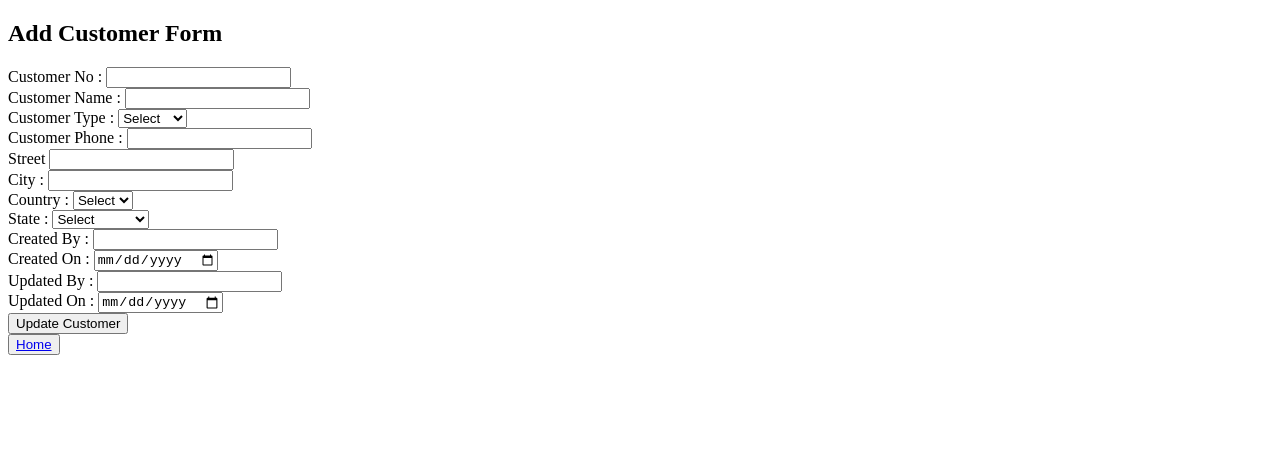
Repository: ParamMalik/Project-1
Page: http://localhost/projectcustomer/updatecustomer.jsp
An editor plug-in stored every save of this project. The page is shown before and after the next save, followed by the edit.
The browser window is 1280 px wide. The pictures show the whole page.
The page is served by Tomcat 9.

Above is the page before, as saved 2021-12-04 13:03:46.

After the next save:
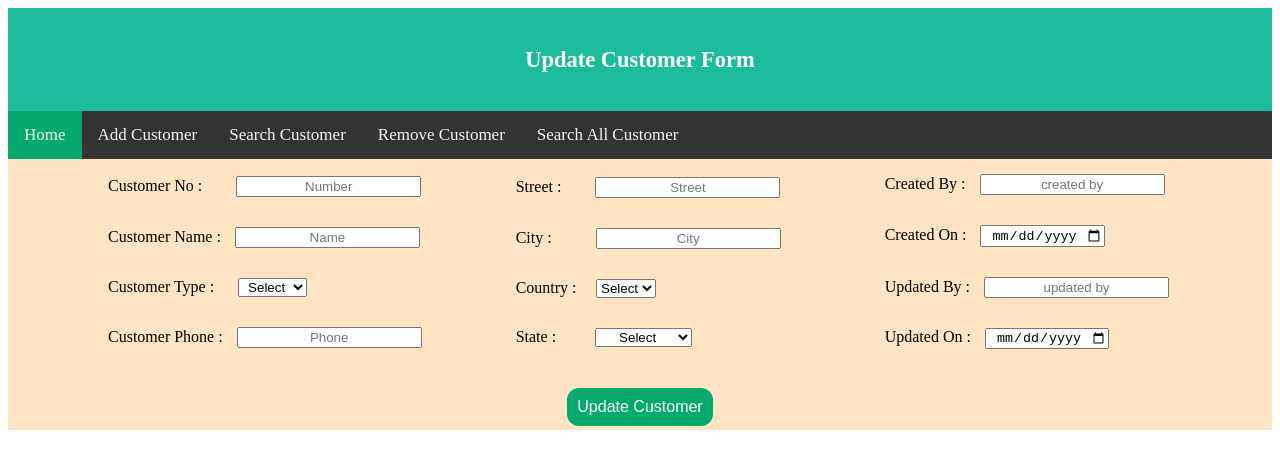
Saved 26 s later.
--- a/Trantor Project 1/projectcustomer/src/main/webapp/updatecustomer.jsp
+++ b/Trantor Project 1/projectcustomer/src/main/webapp/updatecustomer.jsp
@@ -4,74 +4,104 @@
 <html>
 <head>
 <meta charset="ISO-8859-1">
-<title>Update Details</title>
+<link rel="stylesheet" href="index.css">
+<title>Update Customer</title>
 </head>
 <body>
-	<form action="update" method="post">
-		<h2>Add Customer Form</h2>
-		<div>
-			<label>Customer No : </label><input type="text" name="customerNo">
-		</div>
-		<div>
-			<label>Customer Name : </label><input type="text" name="customerName">
-		</div>
-		<div>
-			<label>Customer Type : </label> <select name="customerType"
-				id="customer">
-				<option value="none">Select</option>
-				<option value="newcustomer">New</option>
-				<option value="regularcustomer">Regular</option>
 
-			</select>
-		</div>
-		<div>
-			<label>Customer Phone : </label><input type="text"
-				name="customerPhone">
-		</div>
-		<div>
-			<label>Street </label><input type="text" name="street">
-		</div>
-		<div>
-			<label>City : </label><input type="text" name="city">
-		</div>
+    <div class="header">
+        <h2>Update Customer Form</h2>
 
-		<div>
-			<label>Country : </label><select name="country" id="country">
-				<option value="none">Select</option>
-				<option value="india">India</option>
-				<option value="usa">USA</option>
+    </div>
+    <div class="topnav">
+        <a class="active" href="welcome">Home</a>
+        <a href="update">Add Customer</a>
+        <a href="search">Search Customer</a>
 
-			</select>
-		</div>
-		<div>
-			<label>State : </label><select name="state" id="state">
-				<option value="none">Select</option>
-				<option value="uttarpradesh">UP</option>
-				<option value="maharashtra">Maharashtra</option>
+        <a href="remove">Remove Customer</a>
 
-			</select>
-		</div>
-		<div>
-			<label>Created By : </label><input type="text" name="createdBy">
-		</div>
-		<div>
-			<label>Created On : </label><input type="date" name="createdOn">
-		</div>
-		<div>
-			<label>Updated By : </label><input type="text" name="updatedBy">
-		</div>
-		<div>
-			<label>Updated On : </label><input type="date" name="updatedOn">
-		</div>
+		<a href="update">Search All Customer</a>
 
-		<div>
-			<button type="submit">Update Customer</button>
-		</div>
-		<div>
-			<button type="submit"><a href="welcome">Home</a></button>
-		</div>
+      </div>
+	<div class="bodydiv">
+		<form action="update" method="post">
 
-	</form>
+
+            <div class="leftbox">
+			<div>
+				<label id="labelmargin" style="margin-right: 30px;">Customer No   : </label><input id="inputdefault" type="text" name="customerNo" placeholder="Number">
+			</div>
+			<div>
+				<label id="labelmargin">Customer Name : </label><input id="inputdefault" type="text"
+					name="customerName" placeholder="Name">
+			</div>
+			<div>
+				<label  id="labelmargin" style="margin-right: 20px;">Customer Type : </label> <select name="customerType"
+                id="inputdefault" placeholder="Type">
+					<option value="none">Select</option>
+					<option value="newcustomer">New</option>
+					<option value="regularcustomer">Regular</option>
+
+				</select>
+			</div>
+			<div >
+				<label id="labelmargin">Customer Phone : </label><input id="inputdefault" type="text"
+					name="customerPhone" placeholder="Phone">
+			</div>
+        </div>
+        <div class="centerbox">
+			<div >
+				<label id="centermargin" >Street : </label><input id="inputdefault" type="text" name="street" placeholder="Street">
+			</div>
+			<div>
+				<label id="centermargin" style="margin-right: 40px;">City : </label><input id="inputdefault" type="text" name="city" placeholder="City">
+			</div>
+
+
+			<div>
+				<label id="centermargin" style="margin-right: 15px;">Country : </label><select id="inputdefault" name="country" id="country">
+					<option value="none">Select</option>
+					<option value="india">India</option>
+					<option value="usa">USA</option>
+
+				</select>
+			</div>
+			<div>
+				<label id="centermargin" style="margin-right: 35px;">State : </label><select id="inputdefault" name="state" id="state">
+					<option value="none">Select</option>
+					<option value="uttarpradesh">UP</option>
+					<option value="maharashtra">Maharashtra</option>
+
+				</select>
+			</div>
+        </div>
+        <div class="rightbox">
+			<div>
+				<label id="labelmargin">Created By : </label><input id="inputdefault" type="text" name="createdBy" placeholder="created by">
+			</div>
+			<div>
+				<label id="labelmargin">Created On : </label><input  id="inputdefault" type="date" name="createdOn"  >
+			</div>
+			<div>
+				<label id="labelmargin">Updated By : </label><input id="inputdefault" type="text" name="updatedBy" placeholder="updated by">
+			</div>
+			<div>
+				<label id="labelmargin">Updated On : </label><input  id="inputdefault" type="date" name="updatedOn">
+			</div>
+
+
+        </div>
+        <div id="button">
+            <button class="button button1"  type="submit">Update Customer</button>
+        </div>
+
+
+
+
+		</form>
+
+
+	</div>
 
 </body>
 </html>
